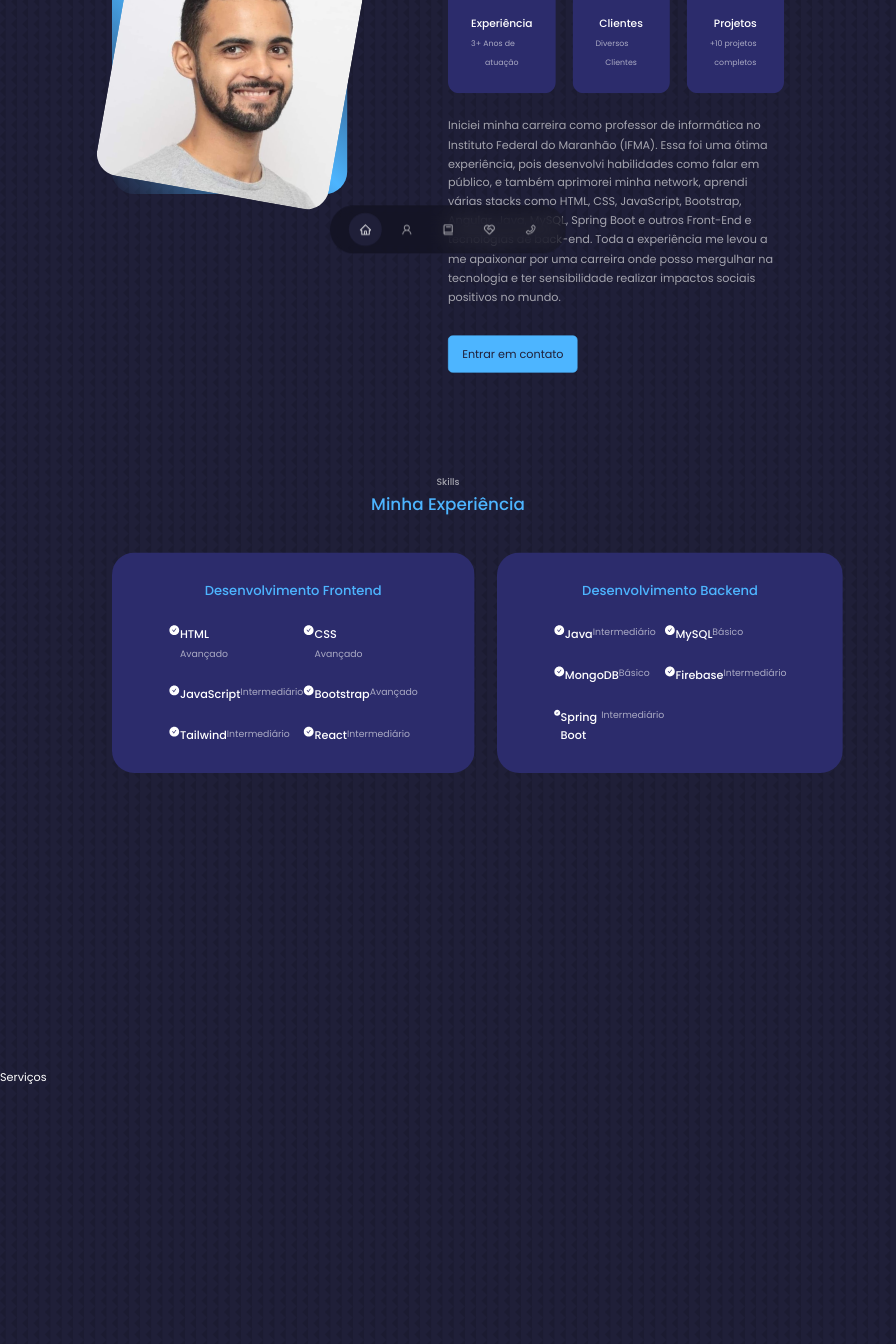
Repository: Mardoqueu/react-portfolio-website
Page: /
The author's editor kept a copy of each file at every save. The page is drawn from the files as they stood at one save, then again after a run of saves.
The browser window is 1280 px wide. The pictures show the part of the page from y = 325 to 2245 px (the page is 5142 px tall), at 70% of full size.
The project was rebuilt for these pictures with package versions that can differ from the ones it lists, and the page was loaded fresh each time. Also part of the build but not shown: src/components/header/header.css, src/components/services/services.css, src/components/portfolio/portfolio.css, src/components/testimonials/testimonials.css, src/components/contact/contact.css, src/components/footer/footer.css.

Above is the page before, as saved 2022-10-23 10:19:34.

### src/index.js
import ReactDom from 'react-dom';
import App from './App';
import './index.css';

ReactDom.render(<App/>, document.querySelector("#root"));

### src/App.jsx
import React from 'react'
import Header from './components/header/Header'
import Nav from './components/nav/Nav'
import About from './components/about/About'
import Experience from './components/experience/Experience'
import Services from './components/services/Services'
import Portfolio from './components/portfolio/Portfolio'
import Testimonials from './components/testimonials/Testimonials'
import Contact from './components/contact/Contact'
import Footer from './components/footer/Footer'


export const App = () => {
  return (
    <>
        <Header/>
        <Nav/>
        <About/>
        <Experience/>
        <Services/>
        <Portfolio/>
        <Testimonials/>
        <Contact/>
        <Footer/>
    </>
  )
}

export default App

### src/index.css
@import url('https://fonts.googleapis.com/css2?family=Poppins:wght@300;400;500;600&display=swap');

* {
    margin: 0;
    padding: 0;
    border: 0;
    outline: 0;
    box-sizing: border-box;
    list-style: none;
    text-decoration: none;
}

:root{
    --color-bg: #1f1f38;
    --color-bg-variant: #2c2c6c;
    --color-primary: #4db5ff;
    --color-primary-variant: rgba(77, 181, 255, 0.4);
    --color-white: #fff;
    --color-light: rgba(255, 255, 255, 0.6);

    --transition: all 400ms ease;

    --container-width-lg: 75%;
    --container-width-md: 86%;
    --container-width-sm: 90%;
}

html{
    scroll-behavior: smooth;
}

::-webkit-scrollbar{
    display: none;
}

body {
    font-family: 'Poppins', sans-serif;
    background: var(--color-bg);
    color: var(--color-white);
    line-height: 1.7;
    background-image: url(../src/assets/bg-texture.png);
}

/* ============== General Styles ============== */
.container {
    width: var(--container-width-lg);
    margin: 0 auto;
}

h1,
h2,
h3,
h4,
h5 {
    font-weight: 500;
}

h1{
    font-size: 2.5rem;
}

section{
    margin-top: 8rem;
    height: 100vh;
}

section > h2, section > h5{
    text-align: center;
    color: var(--color-light);
}

section > h2 {
    color: var(--color-primary);
    margin-bottom: 3rem;
}

.text-light {
    color:var(--color-light);
}

a{
    color: var(--color-primary);
    transition: var(--transition);
}

a:hover{
    color: var(--color-white);
}

.btn{
    width: max-content;
    display: inline-block;
    color: var(--color-primary);
    padding: 0.75rem 1.2rem;
    border-radius: 0.4rem;
    cursor: pointer;
    border: 1px solid var(--color-primary);
    transition: var(--transition);
}

.btn:hover{
    background: var(--color-white);
    color: var(--color-bg);
    border-color: transparent;
}

.btn-primary{
    background: var(--color-primary);
    color: var(--color-bg);
}

img{
    display: block;
    width: 100%;
    justify-content: center;
    object-fit: cover;
}

/* ================ MEDIA QUERIES (MEDIUM DEVICES) ================ */
@media screen and (max-width: 1024px){
    .container{
        width: var(--container-width-md);
    }

    section {
        margin-top: 6rem;
    }
}

/* ================ MEDIA QUERIES (SMALL DEVICES) ================ */
@media screen and (max-width: 600px){
    .container{
        width: var(--container-width-sm);
    }

    section > h2 {
        margin-bottom: 2rem;
    }
}

### src/components/header/Header.jsx
import React from 'react'
import './header.css'
const header = () => {
  return (
    <div>header</div>
  )
}

export default header

### src/components/nav/Nav.jsx
import React from 'react'
import "./nav.css"
import {AiOutlineHome} from 'react-icons/ai'
import {AiOutlineUser} from 'react-icons/ai'
import {BiBook} from 'react-icons/bi'
import {RiServiceLine} from 'react-icons/ri'
import {AiOutlinePhone} from 'react-icons/ai'
import { useState } from 'react'

const Nav = () => {
  const [activeNav, setActiveNav] = useState('#');
  return (
    <nav>
      <a href="#" onClick={() => setActiveNav('#')} class={activeNav === '#' ? 'active' : ''}><AiOutlineHome/></a>
      <a href="#about" onClick={() => setActiveNav('#about')} class={activeNav === '#about' ? 'active' : ''}><AiOutlineUser/></a>
      <a href="#experience"  onClick={() => setActiveNav('#experience')} class={activeNav === '#experience' ? 'active' : ''}><BiBook/></a>
      <a href="#services" onClick={() => setActiveNav('#services')} class={activeNav === '#services' ? 'active' : ''}><RiServiceLine/></a>
      <a href="#contact" onClick={() => setActiveNav('#contact')} class={activeNav === '#contact' ? 'active' : ''}><AiOutlinePhone/></a>

    </nav>
  )
}

export default Nav

### src/components/about/About.jsx
import React from 'react'
import './about.css';
import ME from '../../assets/me-about.jpg'
import {FaAward} from 'react-icons/fa'
import {FiUsers} from 'react-icons/fi'
import {VscFolderLibrary} from 'react-icons/vsc'


const About = () => {
  return (
    <section id='about'>
      <h5>Venha me conhecer</h5>
      <h2>Sobre mim</h2>


      <div className='container about__container'>
        <div className='about__me'>
              <div className='about__me-image'>
                <img src={ME} alt="About"></img>
              </div>
          </div>

          <div className='about__content'>
              <div className='about__cards'>
                <article className='about__card'>
                  <FaAward className='about__icon'/>
                  <h5>Experiência</h5>
                  <small>3+ Anos de atuação</small>
                </article>

                <article className='about__card'>
                  <FiUsers className='about__icon'/>
                  <h5>Clientes</h5>
                  <small>Diversos Clientes</small>
                </article>

                <article className='about__card'>
                  <VscFolderLibrary className='about__icon'/>
                  <h5>Projetos</h5>
                  <small>+10 projetos completos</small>
                </article>
              </div>

              <p>
              Iniciei minha carreira como professor de informática no Instituto Federal do Maranhão (IFMA). Essa foi uma ótima experiência, pois desenvolvi habilidades como falar em público, e também aprimorei minha network, aprendi várias stacks como HTML, CSS, JavaScript, Bootstrap, Angular, Java, MySQL, Spring Boot e outros Front-End e tecnologias de back-end. Toda a experiência me levou a me apaixonar por uma carreira onde posso mergulhar na tecnologia e ter sensibilidade realizar impactos sociais positivos no mundo.
              </p>

              <a href='#contact' className='btn btn-primary'>Entrar em contato</a>
          </div>
      </div>
    </section>
  )
}

export default About

### src/components/experience/Experience.jsx
import React from 'react'
import './experience.css'
import {AiFillCheckCircle} from 'react-icons/ai'
const Experience = () => {
  return (
    <section id='experience'>
      <h5>Skills</h5>
      <h2>Minha Experiência</h2>

      <div className='container experience__container'>
          <div className='experience__frontend'>
            <h3>Desenvolvimento Frontend</h3>
            <div className='experience__content'>
              <article className='experience__details'>
                <AiFillCheckCircle/>
                <div>
                  <h4>HTML</h4>
                  <small className='text-light'>Avançado</small>
                </div>
              </article>
              <article className='experience__details'>
                <AiFillCheckCircle/>
                <div>
                  <h4>CSS</h4>
                  <small className='text-light'>Avançado</small>
                </div>
              </article>
              <article className='experience__details'>
                <AiFillCheckCircle/>
                <div>
                  <h4>JavaScript</h4>
                </div>
                <small className='text-light'>Intermediário</small>
              </article>
              <article className='experience__details'>
                <AiFillCheckCircle/>
                <h4>Bootstrap</h4>
                <small className='text-light'>Avançado</small>
              </article>
              <article className='experience__details'>
                <AiFillCheckCircle/>
                <h4>Tailwind</h4>
                <small className='text-light'>Intermediário</small>
              </article>
              <article className='experience__details'>
                <AiFillCheckCircle/>
                <h4>React</h4>
                <small className='text-light'>Intermediário</small>
              </article>
            </div>
          </div>
          {/*End of Frontend*/}

          <div className='experience__backend'>
            <h3>Desenvolvimento Backend</h3>
            <div className='experience__content'>
              <article className='experience__details'>
                <AiFillCheckCircle/>
                <h4>Java</h4>
                <small className='text-light'>Intermediário</small>
              </article>
              <article className='experience__details'>
                <AiFillCheckCircle/>
                <h4>MySQL</h4>
                <small className='text-light'>Básico</small>
              </article>
              <article className='experience__details'>
                <AiFillCheckCircle/>
                <h4>MongoDB</h4>
                <small className='text-light'>Básico</small>
              </article>
              <article className='experience__details'>
                <AiFillCheckCircle/>
                <h4>Firebase</h4>
                <small className='text-light'>Intermediário</small>
              </article>
              <article className='experience__details'>
                <AiFillCheckCircle/>
                <h4>Spring Boot</h4>
                <small className='text-light'>Intermediário</small>
              </article>
            </div>
          </div>

        </div>
    </section>
  )
}

export default Experience

### src/components/services/Services.jsx
import React from 'react'
import './services.css'
const Services = () => {
  return (
    <section id='services'>Serviços</section>
  )
}

export default Services

### src/components/portfolio/Portfolio.jsx
import React from 'react'
import './portfolio.css'
const Portfolio = () => {
  return (
    <section id='portfolio'>Portifólio</section>
  )
}

export default Portfolio

### src/components/testimonials/Testimonials.jsx
import React from 'react'
import './testimonials.css'
const Testimonials = () => {
  return (
    <section id='testimonials'>Recomendações</section>
  )
}

export default Testimonials

### src/components/footer/Footer.jsx
import React from 'react'
import './footer.css';
const Nav = () => {
  return (
    <div>Footer</div>
  )
}

export default Nav

### src/components/nav/nav.css
nav{
    background: rgb(0, 0, 0, 0.3);
    width: max-content;
    display: block;
    padding: 0.7rem 1.7rem;
    z-index: 2;
    position: fixed;
    left: 50%;
    transform: translateX(-50%);
    bottom: 2rem;
    display: flex;
    gap: 0.8rem;
    border-radius: 3rem;
    backdrop-filter: blur(15px);
}

nav a {
    background: transparent;
    padding: 0.9rem;
    border-radius: 50%;
    display: flex;
    color: var(--color-light);
    font-size: 1.1rem;
}

nav a:hover{
    background: var(--color-light);
}

nav a.active {
    background: var(--color-bg);
    color: var(--color-white);
}

### src/components/about/about.css
.about__container{
    display: grid;
    grid-template-columns: 35% 50%;
    gap: 15%;
}

.about__me{
    width: 100%;
    aspect-ratio: 1/1;
    border-radius: 2rem;
    background: linear-gradient(
        45deg,
        transparent,
        var(--color-primary),
        transparent
    );
    display: grid;
    place-items: center;

}
.about__me-image{
    border-radius: 2rem;
    overflow: hidden;
    transform: rotate(10deg);
    transition: var(--transition);
}

.about__me-image:hover{
    transform: rotate(0deg);
}

.about__cards {
    display: grid;
    grid-template-columns: repeat(3, 1fr);
    gap: 1.5rem;
}

.about__card{
    background: var(--color-bg-variant);
    border: 1px solid transparent;
    border-radius: 1rem;
    padding: 2rem;
    text-align-last: center;
    transform: var(--transition);
}

.about__card:hover{
    background: transparent;
    border-color: var(--color-primary-variant);
    cursor: default;
}

.about__icon {
    color: var(--color-primary);
    font-size: 1.4rem;
    margin-bottom: 1rem;
}

.about__card h5 {
    font-size: 0.95rem;
}


.about__card small {
    font-size: 0.7rem;
    color: var(--color-light)
}

.about__content p{
    margin: 2rem 0 2.6rem;
    color: var(--color-light);
}

/* ================ MEDIA QUERIES (MEDIUM DEVICES) ================ */
@media screen and (max-width: 1024px){
    .about__container{
        grid-template-columns: 1fr;
        gap: 0;
    }

    .about__me{
        width: 50%;
        margin: 2rem auto 4rem;
    }

    .about__content p {
        margin: 1rem 0 1.5rem;
    }
}

/* ================ MEDIA QUERIES (SMALL DEVICES) ================ */
@media screen and (max-width: 600px){
    .about__me {
        width: 65%;
        margin: 0 auto 3rem;
    }

    .about__cards{
        grid-template-columns: 1fr 1fr;
        gap: 1rem;
    }

    .about__content{
        text-align: center;
    }

    .about__content p{
        margin: 1.5rem 0;
    }
}

### src/components/experience/experience.css
.experience__container{
    display: grid;
    grid-template-columns: 1fr 1fr;
    gap: 2rem;
}

.experience__container > div {
    background: var(--color-bg-variant);
    padding: 2.4rem 5rem;
    border-radius: 2rem;
    border: 1px solid transparent;
    transition: var(--transition);
}

.experience__container > div:hover{
    background: transparent;
    border-color: var(--color-primary-variant);
    cursor: default;
}

.experience__container > div h3{
    text-align: center;
    margin-bottom: 2rem;
    color: var(--color-primary);
}

.experience__content{
    display: grid;
    grid-template-columns: 1fr 1fr;
    row-gap: 2rem;
}

.experience__details {
    display: flex;

}

Loaded but not shown: public/index.html (common file); src/components/contact/Contact.jsx (common file); src/components/services/services.css (no copy from this time; the picture is the same without it)

After the next 9 saves:
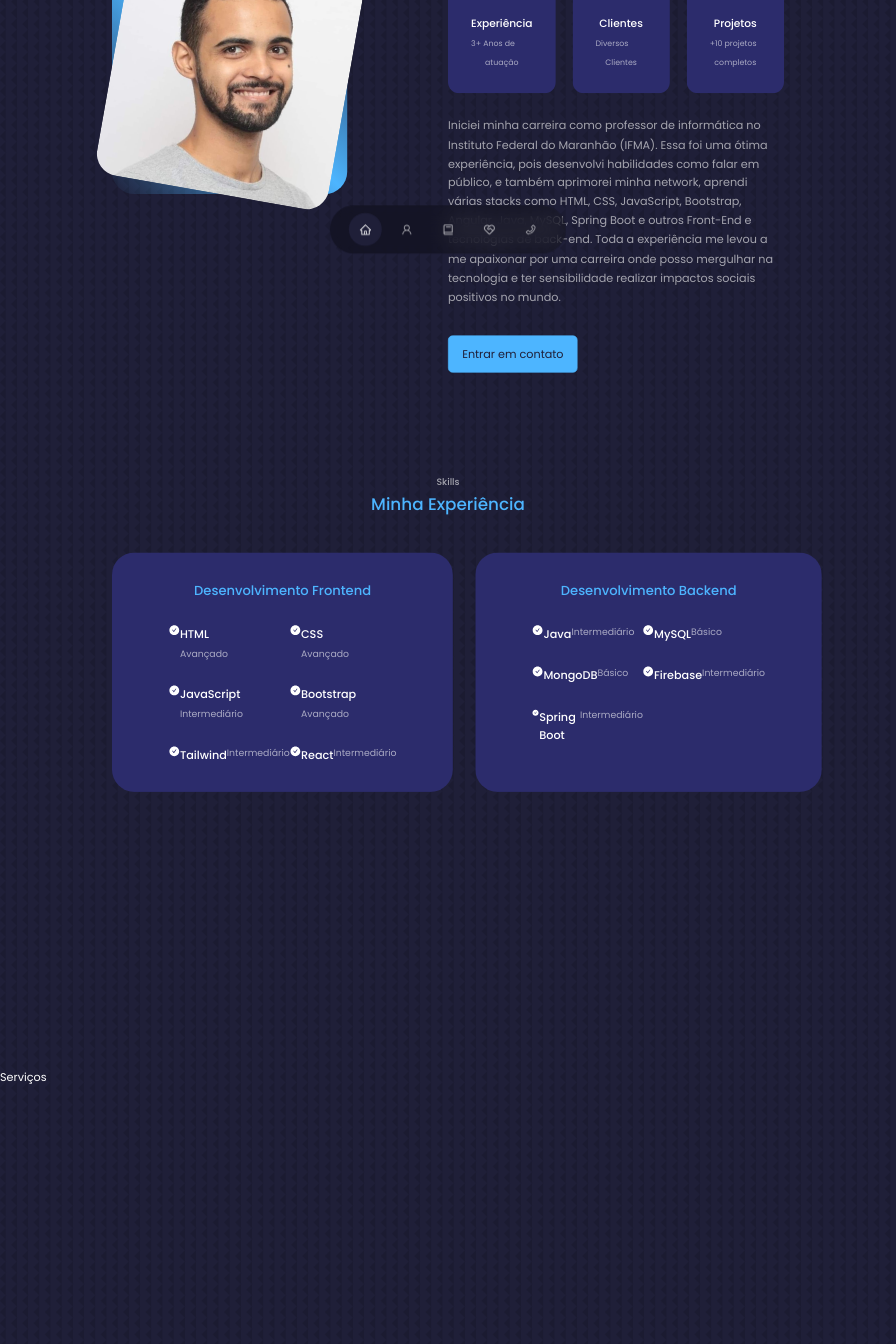
The 9 saves are shown as one change because 1 did not build or start and some came seconds apart.
The last was saved 47 s later.
--- a/src/components/experience/Experience.jsx
+++ b/src/components/experience/Experience.jsx
@@ -29,13 +29,15 @@
                 <AiFillCheckCircle/>
                 <div>
                   <h4>JavaScript</h4>
+                  <small className='text-light'>Intermediário</small>
                 </div>
-                <small className='text-light'>Intermediário</small>
               </article>
               <article className='experience__details'>
                 <AiFillCheckCircle/>
-                <h4>Bootstrap</h4>
-                <small className='text-light'>Avançado</small>
+                <div>
+                  <h4>Bootstrap</h4>
+                  <small className='text-light'>Avançado</small>
+                </div>
               </article>
               <article className='experience__details'>
                 <AiFillCheckCircle/>
